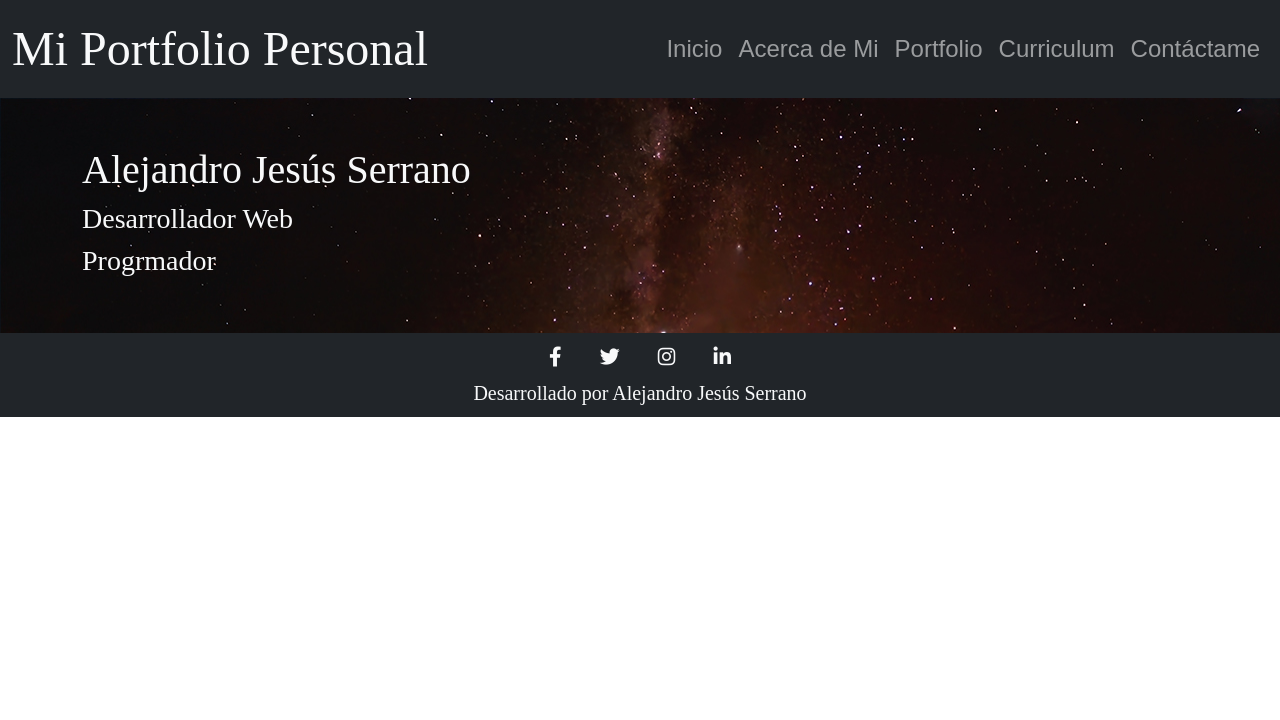
Repository: AlejandroJesusSerrano/portfolio
Page: portfolio/core/templates/core/home.html
An editor plug-in stored every save of this project. The page is shown before and after the next save, followed by the edit.
The browser window is 1280 px wide. The pictures show the whole page.
Some web fonts or font styles are not loaded; a fallback is used. The template is drawn by Django 4.2. The application's start-up code is not run. The template is opened directly, without the code that normally fills it, so the values that code supplies are empty.

Above is the page before, as saved 2023-09-06 09:10:06.

After the next save:
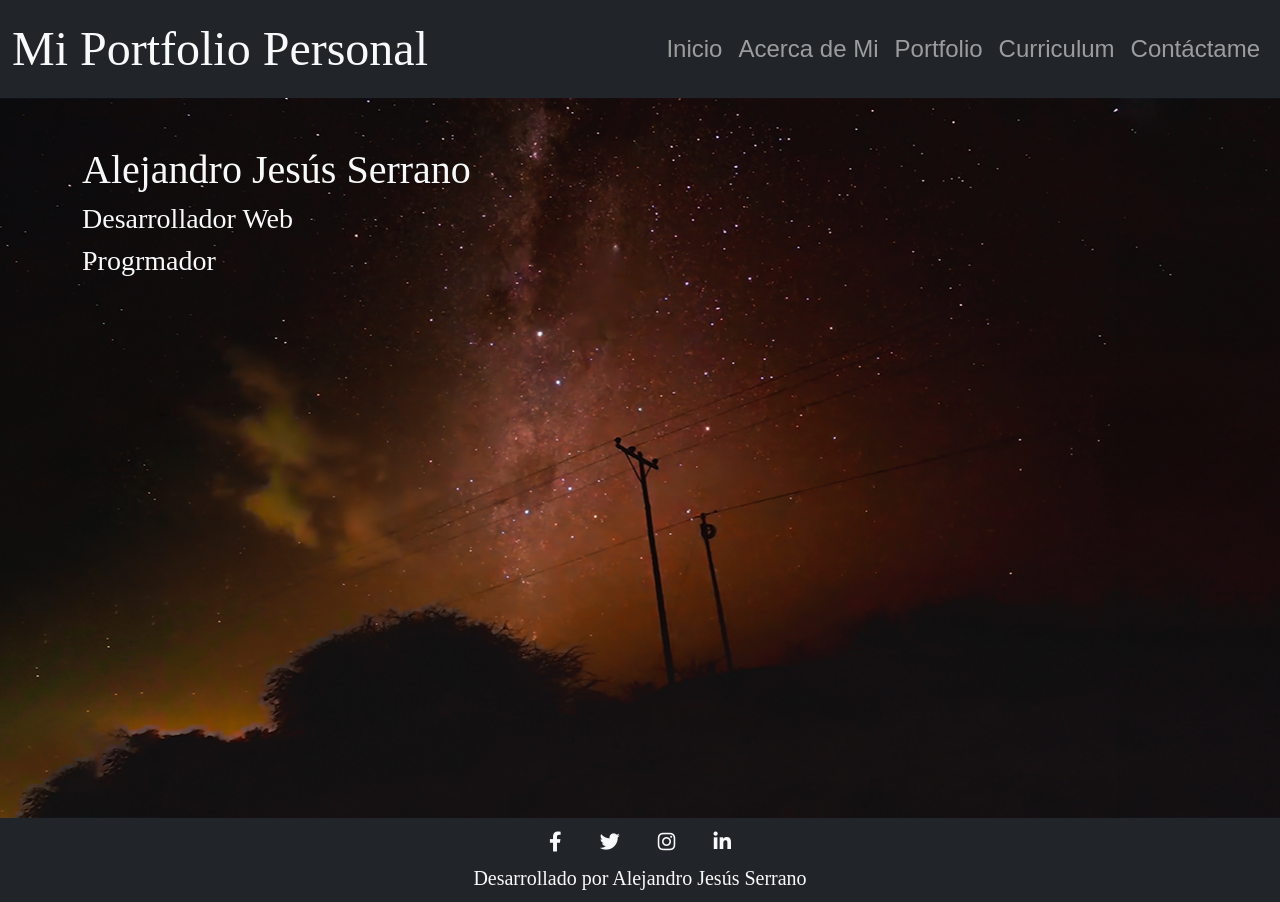
Saved 117 s later.
--- a/portfolio/static/css/styles.css
+++ b/portfolio/static/css/styles.css
@@ -24,4 +24,7 @@
 
 .home {
   background-image: url(../img/sancarlos_noche_web.jpg);
+  background-size: cover;
+  background-position: center;
+  height: 100vh;
 }
